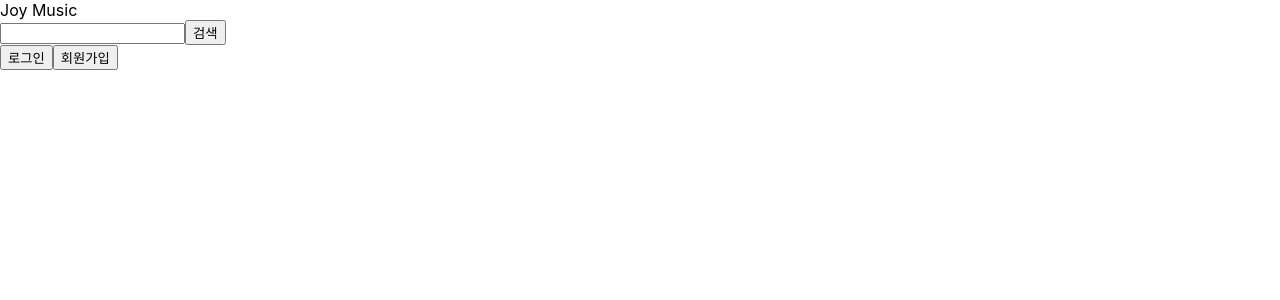
Repository: momo0170/joy-music
Page: /
These files come from the project's save history. The page is drawn as it stood at one moment and after the next save; the edit follows.
The browser window is 1280 px wide. The pictures show the whole page.
The project was rebuilt for these pictures with package versions that can differ from the ones it lists, and the page was loaded fresh each time. Also part of the build but not shown: src/App.css.

Above is the page before, as saved 2023-09-24 15:39:18.

### public/index.html
<!DOCTYPE html>
<html lang="en">
  <head>
    <meta charset="utf-8" />
    <link rel="icon" href="%PUBLIC_URL%/favicon.ico" />
    <meta name="viewport" content="width=device-width, initial-scale=1" />
    <meta name="theme-color" content="#000000" />
    <meta
      name="description"
      content="Web site created using create-react-app"
    />
    <link rel="apple-touch-icon" href="%PUBLIC_URL%/logo192.png" />
    <!-- <link rel="manifest" href="%PUBLIC_URL%/manifest.json" /> -->

    <title>Joy Music</title>
  </head>
  <body>
    <noscript>You need to enable JavaScript to run this app.</noscript>
    <div id="root"></div>
  </body>
</html>

### src/App.js
import './App.css';
import Header from './components/Header';

function App() {
  return (
    <>
      <Header />
    </>
  );
}

export default App;

### src/components/Header.jsx
import React from 'react';
import { GiMusicSpell } from 'react-icons/gi';
import { AiOutlineSearch } from 'react-icons/ai';

export default function Header() {
  return (
    <header>
      <div>Joy Music</div>
      <form>
        <input type="text" />
        <button>검색</button>
      </form>
      <div>
        <button>로그인</button>
        <button>회원가입</button>
      </div>
    </header>
  );
}

Loaded but not shown: src/index.js (common file); src/index.css (common file)

After the next save:
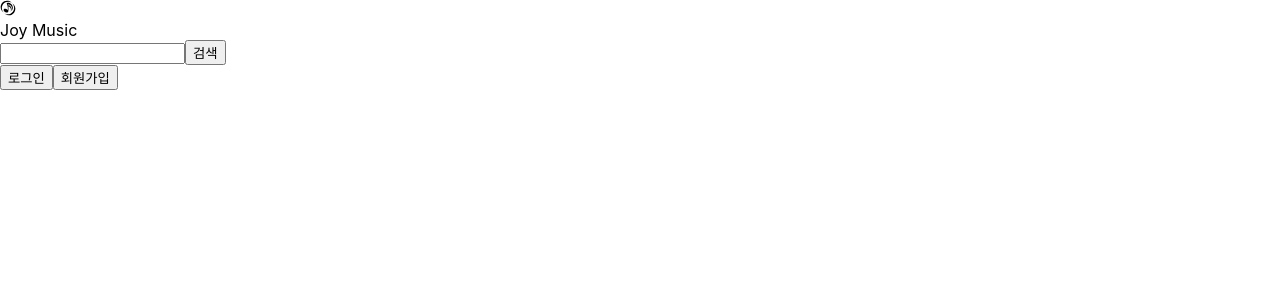
Saved 15 s later.
--- a/src/components/Header.jsx
+++ b/src/components/Header.jsx
@@ -5,6 +5,7 @@ import { AiOutlineSearch } from 'react-icons/ai';
 export default function Header() {
   return (
     <header>
+      <GiMusicSpell />
       <div>Joy Music</div>
       <form>
         <input type="text" />
